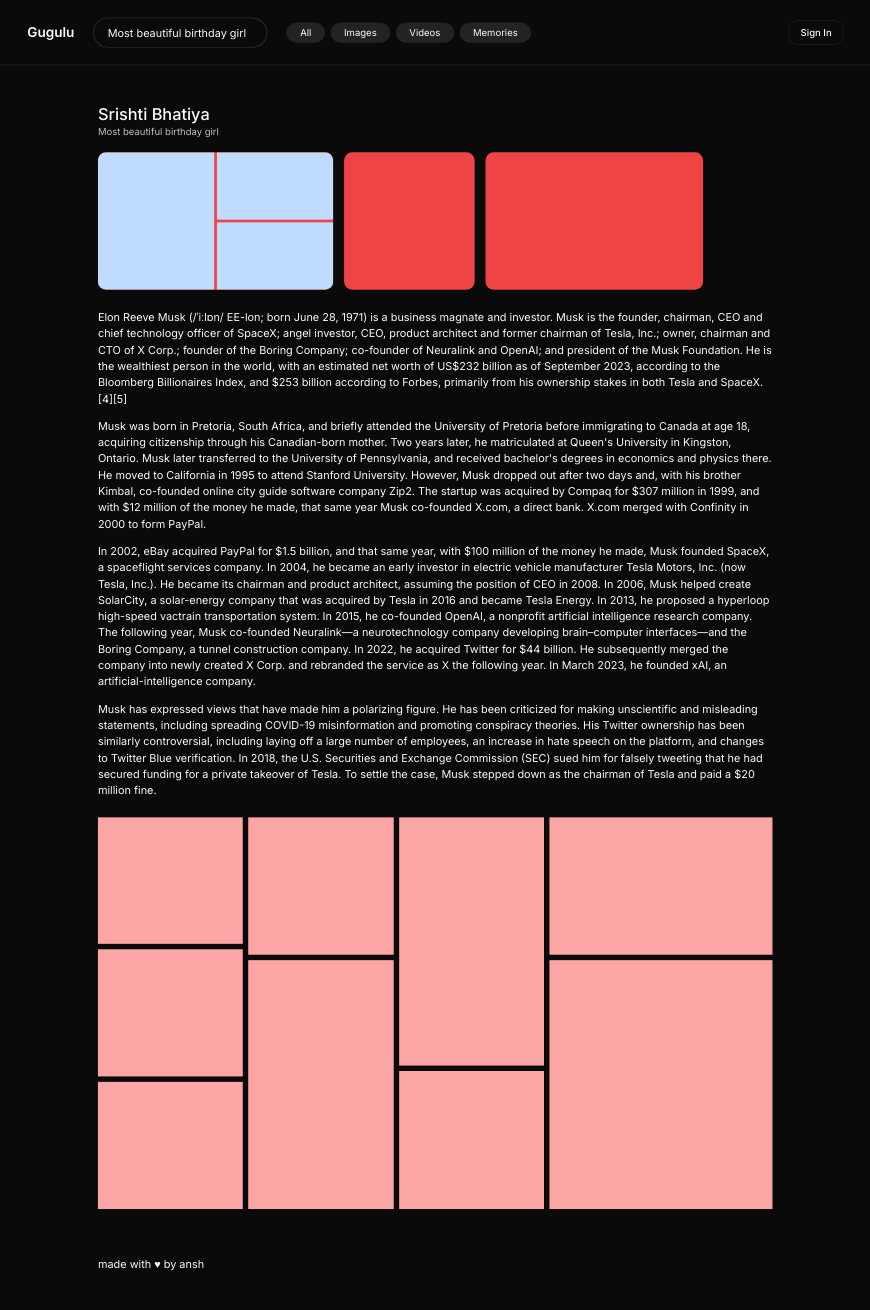
Repository: Harshgoel17/anshfinal
Page: /srishti
The author's editor kept a copy of each file at every save. The page is drawn from the files as they stood at one save, then again after the next save.
The browser window is 1280 px wide. The pictures show the whole page, at 68% of full size.
The project was rebuilt for these pictures with package versions that can differ from the ones it lists, and the page was loaded fresh each time. The framework's server and built-in components were replaced by stand-ins that run in the browser. Also part of the build but not shown: next.config.js.

Above is the page before, as saved 2023-10-06 16:25:00.

### app/layout.js
import "./globals.css";
import { Inter } from "next/font/google";

const inter = Inter({ subsets: ["latin"] });

export const metadata = {
  title: "Gugulu",
  description: "Generated by create next app",
};

export default function RootLayout({ children }) {
  return (
    <html lang="en">
      <body className={inter.className}>{children}</body>
    </html>
  );
}

### app/srishti/page.jsx
import Gallery from '@/components/Gallery'
import Navbar from '@/components/Navbar'
import React from 'react'

const page = () => {
  return (
    <div className='overflow-x-hidden'>
        <Navbar />
        <div className='py-14 px-36 gap-5 flex flex-col'>
            <div>
                <h1 className='text-2xl font-medium'>Srishti Bhatiya</h1>
                <p className='text-sm opacity-75'>Most beautiful birthday girl</p>
            </div>

            <div className='flex items-center gap-4'>
                <div className='bg-red-500 lg:w-[27vw] h-[28vh]  rounded-xl flex gap-1 overflow-hidden'>
                    <span className='bg-blue-200 w-[50%] h-full'></span>

                    <div className='flex flex-col gap-1 w-[50%] h-full'>
                        <span className='bg-blue-200 h-[50%] w-full'></span>
                        <span className='bg-blue-200 h-[50%] w-full'></span>
                    </div>
                </div>

                <div className='bg-red-500 lg:w-[15vw] h-[28vh]  rounded-xl flex gap-1 overflow-hidden'>

                </div>

                <div className='bg-red-500 lg:w-[25vw] h-[28vh]  rounded-xl flex gap-1 overflow-hidden'>

                </div>
            </div>

            <div className='text-lol py-2 flex flex-col gap-4'>
                <p>
                Elon Reeve Musk (/ˈiːlɒn/ EE-lon; born June 28, 1971) is a business magnate and investor. Musk is the founder, chairman, CEO and chief technology officer of SpaceX; angel investor, CEO, product architect and former chairman of Tesla, Inc.; owner, chairman and CTO of X Corp.; founder of the Boring Company; co-founder of Neuralink and OpenAI; and president of the Musk Foundation. He is the wealthiest person in the world, with an estimated net worth of US$232 billion as of September 2023, according to the Bloomberg Billionaires Index, and $253 billion according to Forbes, primarily from his ownership stakes in both Tesla and SpaceX.[4][5]


                </p>

                <p>
                Musk was born in Pretoria, South Africa, and briefly attended the University of Pretoria before immigrating to Canada at age 18, acquiring citizenship through his Canadian-born mother. Two years later, he matriculated at Queen's University in Kingston, Ontario. Musk later transferred to the University of Pennsylvania, and received bachelor's degrees in economics and physics there. He moved to California in 1995 to attend Stanford University. However, Musk dropped out after two days and, with his brother Kimbal, co-founded online city guide software company Zip2. The startup was acquired by Compaq for $307 million in 1999, and with $12 million of the money he made, that same year Musk co-founded X.com, a direct bank. X.com merged with Confinity in 2000 to form PayPal.

                </p>

                <p>
                In 2002, eBay acquired PayPal for $1.5 billion, and that same year, with $100 million of the money he made, Musk founded SpaceX, a spaceflight services company. In 2004, he became an early investor in electric vehicle manufacturer Tesla Motors, Inc. (now Tesla, Inc.). He became its chairman and product architect, assuming the position of CEO in 2008. In 2006, Musk helped create SolarCity, a solar-energy company that was acquired by Tesla in 2016 and became Tesla Energy. In 2013, he proposed a hyperloop high-speed vactrain transportation system. In 2015, he co-founded OpenAI, a nonprofit artificial intelligence research company. The following year, Musk co-founded Neuralink—a neurotechnology company developing brain–computer interfaces—and the Boring Company, a tunnel construction company. In 2022, he acquired Twitter for $44 billion. He subsequently merged the company into newly created X Corp. and rebranded the service as X the following year. In March 2023, he founded xAI, an artificial-intelligence company.


                </p>

                <p>
                Musk has expressed views that have made him a polarizing figure. He has been criticized for making unscientific and misleading statements, including spreading COVID-19 misinformation and promoting conspiracy theories. His Twitter ownership has been similarly controversial, including laying off a large number of employees, an increase in hate speech on the platform, and changes to Twitter Blue verification. In 2018, the U.S. Securities and Exchange Commission (SEC) sued him for falsely tweeting that he had secured funding for a private takeover of Tesla. To settle the case, Musk stepped down as the chairman of Tesla and paid a $20 million fine.
                </p>
            </div>

            <Gallery />

            <div className='mt-12'>
                made with ♥ by ansh
            </div>
        </div>
    </div>
  )
}

export default page

### app/globals.css
@tailwind base;
@tailwind components;
@tailwind utilities;

@layer base {
  :root {
    --background: 0 0% 3.9%;
    --foreground: 0 0% 98%;

    --card: 0 0% 3.9%;
    --card-foreground: 0 0% 98%;

    --popover: 0 0% 3.9%;
    --popover-foreground: 0 0% 98%;

    --primary: 0 0% 98%;
    --primary-foreground: 0 0% 9%;

    --secondary: 0 0% 14.9%;
    --secondary-foreground: 0 0% 98%;

    --muted: 0 0% 14.9%;
    --muted-foreground: 0 0% 63.9%;

    --accent: 0 0% 14.9%;
    --accent-foreground: 0 0% 98%;

    --destructive: 0 62.8% 30.6%;
    --destructive-foreground: 0 0% 98%;

    --border: 0 0% 14.9%;
    --input: 0 0% 14.9%;
    --ring: 0 0% 83.1%;
  }

  .dark {
    --background: 0 0% 3.9%;
    --foreground: 0 0% 98%;

    --card: 0 0% 3.9%;
    --card-foreground: 0 0% 98%;

    --popover: 0 0% 3.9%;
    --popover-foreground: 0 0% 98%;

    --primary: 0 0% 98%;
    --primary-foreground: 0 0% 9%;

    --secondary: 0 0% 14.9%;
    --secondary-foreground: 0 0% 98%;

    --muted: 0 0% 14.9%;
    --muted-foreground: 0 0% 63.9%;

    --accent: 0 0% 14.9%;
    --accent-foreground: 0 0% 98%;

    --destructive: 0 62.8% 30.6%;
    --destructive-foreground: 0 0% 98%;

    --border: 0 0% 14.9%;
    --input: 0 0% 14.9%;
    --ring: 0 0% 83.1%;
  }
}

@layer base {
  * {
    @apply border-border;
  }
  body {
    @apply bg-background text-foreground;
  }
}

### components/Gallery.jsx
import React from 'react'

const Gallery = () => {
  return (
    <div className='h-[80vh] flex gap-2'>
        <div className='grid grid-cols-3 gap-2 h-full w-full flex-[2]  '>
            <div className='flex flex-col h-full w-full  gap-2'>
                <span className='bg-red-300 w-full h-full'></span>
                <span className='bg-red-300 w-full h-full'></span>
                <span className='bg-red-300 w-full h-full'></span>
            </div>

            <div className='flex flex-col h-full w-full  gap-2'>
                <span className='bg-red-300 w-full h-full flex-1'></span>

                <span className='bg-red-300 w-full h-full flex-[1.8]'></span>
            </div>

            <div className='flex flex-col h-full w-full  gap-2'>
                <span className='bg-red-300 w-full h-full flex-[1.8]'></span>
                <span className='bg-red-300 w-full h-full flex-1'></span>

            </div>


        </div>

        <div className='flex h-full flex-col w-full flex-1 gap-2  '>
            <span className='bg-red-300 w-full h-full flex-1'></span>
            <span className='bg-red-300 w-full h-full flex-[1.8]'></span>
        </div>
    </div>
  )
}

export default Gallery

### components/Navbar.jsx
import React from 'react'
import { Button } from "@/components/ui/button";

const Navbar = () => {
  return (
    <div className='flex h-24 w-screen items-center justify-between border-b px-10'>
        <div className='flex gap-7 items-center'>
            <h1 className='text-xl font-semibold'>Gugulu</h1>
            <input type="text" className="bg-background border border-foreground/20 rounded-full h-11 w-[20vw] px-5" value={'Most beautiful birthday girl'}/>

            <div className='flex items-center justify-center gap-2 text-sm'>
                <div className='rounded-full bg-foreground/10 px-5 py-[5px] cursor-pointer'>All</div>
                <div className='rounded-full bg-foreground/10 px-5 py-[5px] cursor-pointer'>Images</div>
                <div className='rounded-full bg-foreground/10 px-5 py-[5px] cursor-pointer'>Videos</div>
                <div className='rounded-full bg-foreground/10 px-5 py-[5px] cursor-pointer'>Memories</div>
            </div>
        </div>
        <div className='flex items-center gap-6'>
            <Button variant="outline" className="rounded-xl" >Sign In</Button>
        </div>
    </div>
  )
}

export default Navbar

### components/ui/button.jsx
import * as React from "react"
import { Slot } from "@radix-ui/react-slot"
import { cva } from "class-variance-authority";

import { cn } from "@/lib/utils"

const buttonVariants = cva(
  "inline-flex items-center justify-center rounded-md text-sm font-medium transition-colors focus-visible:outline-none focus-visible:ring-1 focus-visible:ring-ring disabled:pointer-events-none disabled:opacity-50",
  {
    variants: {
      variant: {
        default:
          "bg-primary text-primary-foreground shadow hover:bg-primary/90",
        destructive:
          "bg-destructive text-destructive-foreground shadow-sm hover:bg-destructive/90",
        outline:
          "border border-input bg-transparent shadow-sm hover:bg-accent hover:text-accent-foreground",
        secondary:
          "bg-secondary text-secondary-foreground shadow-sm hover:bg-secondary/80",
        ghost: "hover:bg-accent hover:text-accent-foreground",
        link: "text-primary underline-offset-4 hover:underline",
      },
      size: {
        default: "h-9 px-4 py-2",
        sm: "h-8 rounded-md px-3 text-xs",
        lg: "h-10 rounded-md px-8",
        icon: "h-9 w-9",
      },
    },
    defaultVariants: {
      variant: "default",
      size: "default",
    },
  }
)

const Button = React.forwardRef(({ className, variant, size, asChild = false, ...props }, ref) => {
  const Comp = asChild ? Slot : "button"
  return (
    (<Comp
      className={cn(buttonVariants({ variant, size, className }))}
      ref={ref}
      {...props} />)
  );
})
Button.displayName = "Button"

export { Button, buttonVariants }

Loaded but not shown: lib/utils.js (common file); tailwind.config.js (common file)

After the next save:
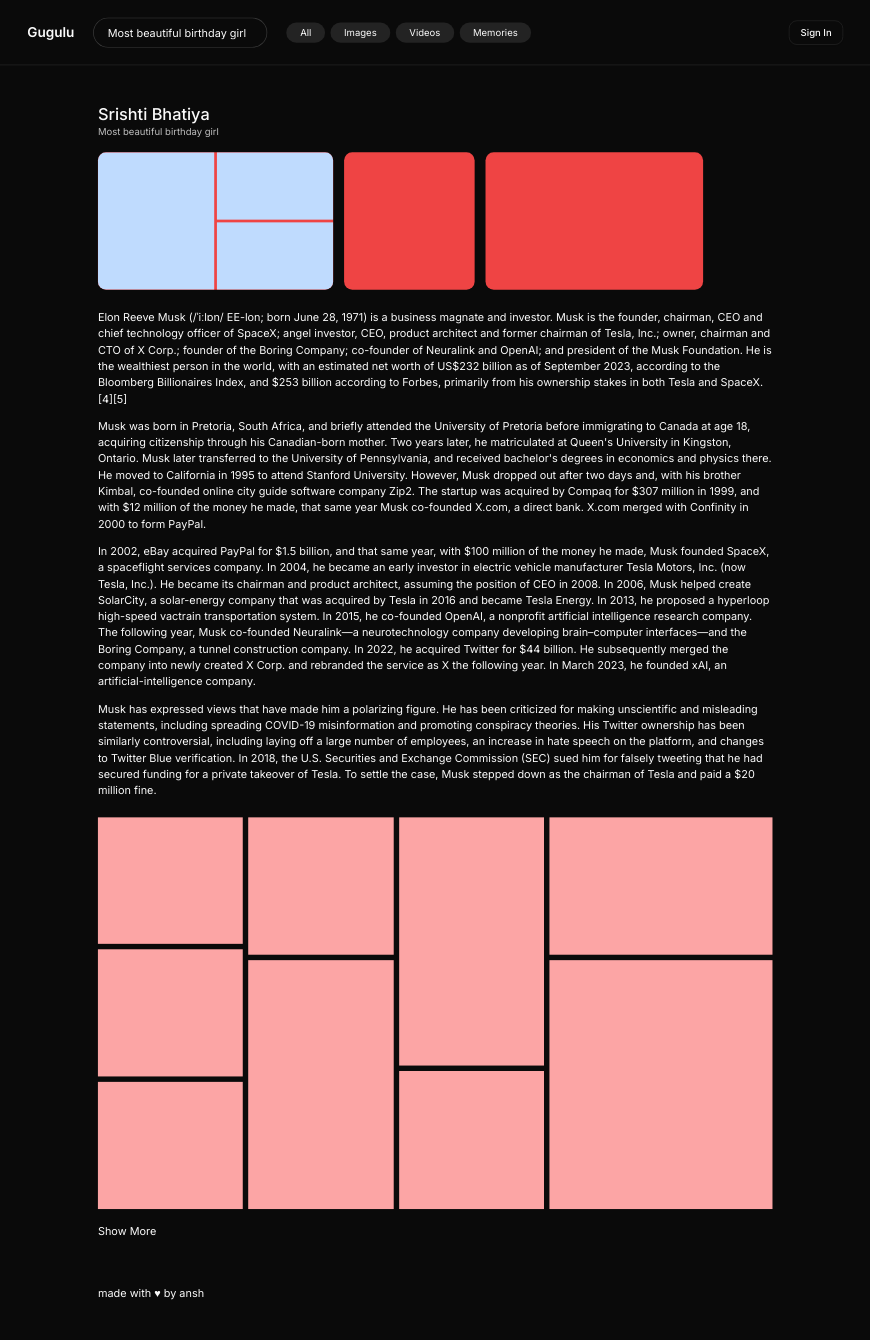
Saved 27 s later.
--- a/app/srishti/page.jsx
+++ b/app/srishti/page.jsx
@@ -56,6 +56,10 @@ const page = () => {
 
             <Gallery />
 
+            <div>
+                <a href="">Show More</a>
+            </div>
+
             <div className='mt-12'>
                 made with ♥ by ansh
             </div>
